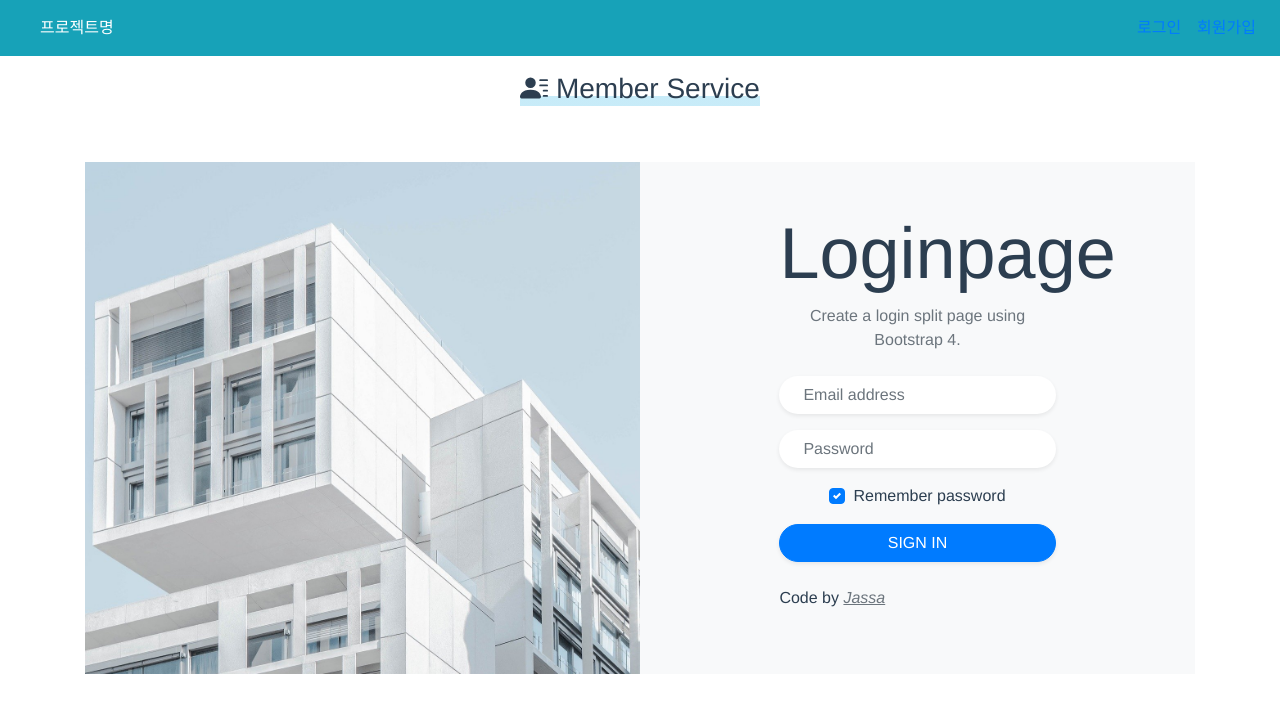
Repository: cheery72/Project_Real_estate
Page: /user/singin (app in frontend/)
These files come from the project's save history. The page is drawn as it stood at one moment and after the next save; the edit follows.
The browser window is 1280 px wide. The pictures show the whole page.
The project was rebuilt for these pictures with package versions that can differ from the ones it lists, and the page was loaded fresh each time. Also part of the build but not shown: frontend/vue.config.js, frontend/src/components/user/child/MemberJoinForm.vue, frontend/src/components/user/MemberJoin.vue, frontend/src/components/user/child/MemberInfoForm.vue, frontend/src/components/user/MemberMyPage.vue, frontend/src/components/user/BookMarkListRow.vue, frontend/src/components/user/MemberMyBookmark.vue. Imported but missing from the stored project, and not drawn on this page: frontend/src/views/Home.vue.

Above is the page before, as saved 2021-11-25 11:09:51.

### frontend/src/main.js
import Vue from "vue";
import App from "./App.vue";
import router from "./router";
import store from "./store";
import { BootstrapVue, IconsPlugin } from "bootstrap-vue";
import memberStore from "@/store/modules/memberStore";
import "bootstrap/dist/css/bootstrap.css";
import "bootstrap-vue/dist/bootstrap-vue.css";

// Make BootstrapVue available throughout your project
Vue.use(BootstrapVue);
// Optionally install the BootstrapVue icon components plugin
Vue.use(IconsPlugin);

Vue.config.productionTip = false;

new Vue({
  router,
  store,
  async beforeCreate() {
    let token = sessionStorage.getItem("access-token");
    if (memberStore.state.userInfo == null && token) {
      await memberStore.dispatch("getUserInfo", token);
    }
  },

  render: (h) => h(App),
}).$mount("#app");

### frontend/src/App.vue
<template>
  <div id="app">
    <nav-bar />
    <router-view />
  </div>
</template>

<script>
import NavBar from "@/components/layout/NavBar.vue"

export default {
  components:{
    NavBar,
  }
}

</script>

<style>
#app {
  font-family: Avenir, Helvetica, Arial, sans-serif;
  -webkit-font-smoothing: antialiased;
  -moz-osx-font-smoothing: grayscale;
  text-align: center;
  color: #2c3e50;
}

#nav {
  padding: 30px;
}

#nav a {
  font-weight: bold;
  color: #2c3e50;
}

#nav a.router-link-exact-active {
  color: #42b983;
}
</style>

### frontend/src/router/index.js
import Vue from "vue";
import VueRouter from "vue-router";
import Home from "../views/Home.vue";

import Member from "@/views/Member.vue";
import MemberJoin from "@/components/user/MemberJoin.vue";
import MemberLogin from "@/components/user/MemberLogin.vue";

import MemberMyPage from "@/components/user/MemberMyPage.vue";
import MemberMyBookmark from "@/components/user/MemberMyBookmark.vue";
import store from "@/store/index.js";

// https://router.vuejs.org/kr/guide/advanced/navigation-guards.html
const onlyAuthUser = async (to, from, next) => {
  //어디로 갈건지, 이전, 다음페이지
  // console.log(store);
  const checkUserInfo = store.getters["memberStore/checkUserInfo"]; //checkUserInfo의 리턴값을 가져와라
  const getUserInfo = store._actions["memberStore/getUserInfo"]; //getUserInfo의 리턴값을 가져와라
  let token = sessionStorage.getItem("access-token");
  if (checkUserInfo == null && token) {
    await getUserInfo(token); //서버에 가서 정상적인 토큰인지 검사해라 .. 여기서 정상적인사람이면 서버가 UserInfo를 준다.
  }
  if (checkUserInfo === null) {
    //서버에 갔다왔는데도 null이면...
    alert("로그인이 필요한 페이지입니다..");
    // next({ name: "SignIn" });
    router.push({ name: "SignIn" });
  } else {
    //정상적인 사람이니까 다음페이지로 갈수 있도록 적용(밑에 beforeEnter붙은 것들)
    console.log("로그인 했다.");
    next();
  }
};


Vue.use(VueRouter);

const routes = [
  {
    path: "/",
    name: "Home",
    component: Home,
  },
  {
    path: "/user",
    name: "Member",
    component: Member,
    children: [
      {
        path: "singin",
        name: "SignIn",
        component: MemberLogin,
      },
      {
        path: "singup",
        name: "SignUp",
        component: MemberJoin,
      },
      {
        path: "mybookmark",
        name: "MyBookmark",
        component: MemberMyBookmark,
      },
      {
        path: "mypage",
        name: "MyPage",
        beforeEnter: onlyAuthUser,
        component: MemberMyPage,
      },
    ],
  },
];

const router = new VueRouter({
  mode: "history",
  base: process.env.BASE_URL,
  routes,
});

export default router;

### frontend/src/store/index.js
import Vue from "vue";
import Vuex from "vuex";
import http from "@/js/http-common.js";
import createPersistedState from "vuex-persistedstate";
import memberStore from "@/store/modules/memberStore.js";

Vue.use(Vuex);

export default new Vuex.Store({
  state: {
    sidos: [{ value: null, text: "선택하세요" }],
    guguns: [{ value: null, text: "선택하세요" }],
    dongs: [{ value: null, text: "선택하세요" }],
    apts: [],
    apt: null,
    positions: [],
    cctvs: [],
    dongName: null,
    subways: [],
    schools: [],
    // bookmark: null,
    // bookmarks: [],
  },
  mutations: {
    // 시도 리스트
    SET_SIDO_LIST(state, sidos) {
      sidos.forEach((sido) => {
        state.sidos.push({ value: sido.sidoCode, text: sido.sidoName });
      });
    },
    CLEAR_SIDO_LIST(state) {
      state.guguns = [{ value: null, text: "선택하세요" }];
    },
    // 구군 리스트
    SET_GUGUN_LIST(state, guguns) {
      guguns.forEach((gugun) => {
        state.guguns.push({ value: gugun.gugunCode, text: gugun.gugunName });
      });
    },
    CLEAR_GUGUN_LIST(state) {
      state.guguns = [{ value: null, text: "선택하세요" }];
    },
    // 동 리스트
    SET_DONG_LIST(state, dongs) {
      dongs.forEach((dong) => {
        state.dongs.push({
          value: [dong.dongCode, dong.dongName],
          text: dong.dongName,
        });
      });
    },
    CLEAR_DONG_LIST(state) {
      state.dongs = [{ value: null, text: "선택하세요" }];
    },
    // 해당 구,동 아파트 리스트
    SET_APT_LIST(state, apts) {
      state.apts = apts;
      state.dongName = apts[0].dongName;
    },
    CLEAR_APT_LIST(state) {
      state.positions = [];
    },
    // 아파트 선택시 세부사항
    SET_DETAIL_APT(state, apt) {
      state.apt = apt;
    },
    // cctv 정보
    SET_CCTV_LIST(state, cctv) {
      state.cctvs = cctv;
    },
    // 지하철 정보
    SET_SUBWAY_LIST(state, subway) {
      state.subways = subway;
    },
    // 학교 정보
    SET_SCHOOL_LIST(state, school) {
      state.schools = school;
    },
    // SET_DETAIL_BOOKMARK(state, apt) {
    //   state.bookmark = apt;

    // }
  },
  actions: {
    // 셀렉트바 시도 가져오기
    getSido({ commit }) {
      http
        .get(`/apt/sido`)
        .then((response) => {
          commit("SET_SIDO_LIST", response.data);
        })
        .catch((error) => {
          console.log(error);
        });
    },
    getGugun({ commit }, sidoCode) {
      const params = { sido: sidoCode };
      http
        .get(`/apt/gugun`, { params })
        .then((response) => {
          commit("SET_GUGUN_LIST", response.data);
        })
        .catch((error) => {
          console.log(error);
        });
    },
    getDong({ commit }, gugunCode) {
      const params = { gugun: gugunCode };
      http
        .get(`/apt/dongname`, { params })
        .then((response) => {
          commit("SET_DONG_LIST", response.data);
        })
        .catch((error) => {
          console.log(error);
        });
    },
    getAptList({ commit }, dongCode) {
      const params = { dong: dongCode };
      http
        .get(`/apt/aptinfo`, { params })
        .then((response) => {
          commit("SET_APT_LIST", response.data);
        })
        .catch((error) => {
          console.log(error);
        });
    },
    getCctvList({ commit }, dongName) {
      const params = { dong: dongName };
      http
        .get(`/cctv/cctvinfo`, { params })
        .then((response) => {
          commit("SET_CCTV_LIST", response.data);
        })
        .catch((error) => {
          console.log(error);
        });
    },
    getSubwayList({ commit }) {
      http
        .get(`/subway/subwayinfo`)
        .then((response) => {
          commit("SET_SUBWAY_LIST", response.data);
        })
        .catch((error) => {
          console.log(error);
        });
    },
    getSchoolList({ commit }, dongName) {
      const params = { dong: dongName };
      http
        .get(`/school/schoolinfo`, { params })
        .then((response) => {
          commit("SET_SCHOOL_LIST", response.data);
        })
        .catch((error) => {
          console.log(error);
        });
    },
    // detailBookmark({ commit }, apt) {
    //   commit("SET_DETAIL_BOOKMARK", apt)

    // }
  },
  modules: { memberStore },
  plugins: [
    createPersistedState({
      // 브라우저 종료시 제거하기 위해 localStorage가 아닌 sessionStorage로 변경. (default: localStorage)
      storage: sessionStorage,
    }),
  ],
});

### frontend/src/store/modules/memberStore.js
import jwt_decode from "jwt-decode";
import { login } from "@/api/member.js";
import { findById } from "@/api/member";
import http from "@/js/http-common.js";


const memberStore = {
  namespaced: true,
  state: {
    isLogin: false,
    isLoginError: false,
    userInfo: null,
    bookmark: [],
    bookmarks: [],
  },
  getters: {
    checkUserInfo: function (state) {
      return state.userInfo;
    },
  },
  mutations: {
    SET_IS_LOGIN: (state, isLogin) => {
      state.isLogin = isLogin;
    },
    SET_IS_LOGIN_ERROR: (state, isLoginError) => {
      state.isLoginError = isLoginError;
    },
    SET_USER_INFO: (state, userInfo) => {
      state.isLogin = true;
      state.userInfo = userInfo;
    },
    SET_BOOKMARK_LIST(state, apt){
      // 배열에 추가
      state.bookmark.push(apt);
    },
    SET_BOOKMARK_INFO(state, mark){
      // state.bookmarks = mark;
      state.bookmarks.push(mark);
    },
    SET_BOOKMARK_LIST_INFO(state, bookmarklist) {
      state.bookmarks = bookmarklist;
    }
  },
  actions: {
    async userConfirm({ commit }, user) {
      await login(
        user,
        (response) => {
          if (response.data.message === "success") {
            let token = response.data["access-token"];
            commit("SET_IS_LOGIN", true);
            commit("SET_IS_LOGIN_ERROR", false);
            sessionStorage.setItem("access-token", token);

          } else {
            commit("SET_IS_LOGIN", false);
            commit("SET_IS_LOGIN_ERROR", true);
          }
        },
        () => {}
      );
    },
    getUserInfo({ commit }, token) {
      let decode_token = jwt_decode(token);
      findById(
        decode_token.userid,
        (response) => {
          if (response.data.message === "success") {
            commit("SET_USER_INFO", response.data.userInfo);
          } else {
            console.log("유저 정보 없음!!");
          }
        },
        (error) => {
          console.log(error);
        }
      );
    },
    getBookmark({ commit }, mark) {//등록

      let decode_token = jwt_decode(sessionStorage.getItem("access-token"));

      const params = { bookmark: mark.aptCode, accesstoken: decode_token.userid };
      console.log("파라미터출력",params);

      http
      .post(`/bookmark/register`, params)
      .then((response) => {
        console.log("response출력");
        console.log(response.data);
        commit("SET_BOOKMARK_INFO", response.data);
      }).catch((error) => {
        console.log("에러출력");
        console.log(error);
      })
    },

    getBookmarkList({ commit }) {

      let decode_token = jwt_decode(sessionStorage.getItem("access-token"));
      const userid= decode_token.userid;

      http.get(`/bookmark/list/${userid}`).then(({ data }) => {

        console.log("북마크조회 결과", data);
        commit("SET_BOOKMARK_LIST_INFO", data.result);
         });

    }
  },
};

export default memberStore;

### frontend/src/components/layout/NavBar.vue
<template>
  <div>
  <b-navbar toggleable="lg" type="dark" variant="info">
    <b-navbar-brand href="#"></b-navbar-brand>

    <b-navbar-toggle target="nav-collapse"></b-navbar-toggle>

    <b-collapse id="nav-collapse" is-nav>
      <b-navbar-nav>
        <b-nav-item href="#"
            ><router-link :to="{ name: 'Home' }" class="link" style="color: white"
            >프로젝트명</router-link
            ></b-nav-item
          >
      </b-navbar-nav>

      <!-- Right aligned nav items -->
      <b-navbar-nav class="ml-auto" v-if="userInfo">
          <b-nav-item class="align-self-center"
            ><b-avatar
              variant="primary"
              v-text="userInfo ? userInfo.userid.charAt(0).toUpperCase() : ''"
            ></b-avatar
            >{{ userInfo.username }}({{ userInfo.userid }})님
            환영합니다.</b-nav-item
          >
          <b-nav-item class="align-self-center"
            ><router-link
              :to="{ name: 'MyPage' }"
              class="link align-self-center" style="color: white"
              >내정보보기</router-link
            ></b-nav-item
          >
           <b-nav-item href="#" class="link align-self-center"
            ><router-link :to="{ name: 'MyBookmark' }" class="link" style="color: white"
              >내관심지역</router-link
            ></b-nav-item
          >
          <b-nav-item
            class="link align-self-center"
            @click.prevent="onClickLogout"
            >로그아웃</b-nav-item
          >
        </b-navbar-nav>

        <!-- Right aligned nav items -->
        <b-navbar-nav class="ml-auto" v-else>
          <b-nav-item href="#"
            ><router-link :to="{ name: 'SignIn' }" class="link"
              >로그인</router-link
            ></b-nav-item
          >

          <b-nav-item href="#"
            ><router-link :to="{ name: 'SignUp' }" class="link"
              >회원가입</router-link
            ></b-nav-item
          >
        </b-navbar-nav>
    </b-collapse>
  </b-navbar>
</div>
</template>

<script>
import { mapState, mapMutations } from "vuex";

const memberStore = "memberStore";

export default {
  name: "NavBar",
  computed: {
    ...mapState(memberStore, ["isLogin", "userInfo"]),
  },
  methods: {
    ...mapMutations(memberStore, ["SET_IS_LOGIN", "SET_USER_INFO"]),
    onClickLogout() {
      this.SET_IS_LOGIN(false);
      this.SET_USER_INFO(null);
      sessionStorage.removeItem("access-token");
      if (this.$route.path != "/") this.$router.push({ name: "Home" });
    },
  },
};
</script>

<style>
a {
  color:azure;
}
</style>

### frontend/src/views/Member.vue
<template>
  <b-container class="bv-example-row mt-3 text-center">
    <h3 class="underline-steelblue">
      <b-icon icon="person-lines-fill"></b-icon> Member Service
    </h3>
    <router-view></router-view>
  </b-container>
</template>

<script>
export default {
  name: "Member",
};
</script>

<style scoped>
.underline-steelblue {
  display: inline-block;
  background: linear-gradient(
    180deg,
    rgba(255, 255, 255, 0) 70%,
    rgba(72, 190, 233, 0.3) 30%
  );
}
</style>

### frontend/src/components/user/MemberLogin.vue
<template>

 <div class="container-fluid">
   <br>
   <br>
    <div class="row no-gutter">
        <!-- The image half -->
        <div class="col-md-6 d-none d-md-flex bg-image"></div>


        <!-- The content half -->
        <div class="col-md-6 bg-light">
            <div class="login d-flex align-items-center py-5">

                <!-- Demo content-->
                <div class="container">
                    <div class="row">
                        <div class="col-lg-10 col-xl-7 mx-auto">
                            <h2 class="display-3">Loginpage</h2>
                            <p class="text-muted mb-4">Create a login split page using Bootstrap 4.</p>
                            <form>
                                <div class="form-group mb-3">
                                    <input id="inputEmail" type="email" placeholder="Email address" required="" autofocus="" class="form-control rounded-pill border-0 shadow-sm px-4">
                                </div>
                                <div class="form-group mb-3">
                                    <input id="inputPassword" type="password" placeholder="Password" required="" class="form-control rounded-pill border-0 shadow-sm px-4 text-primary">
                                </div>
                                <div class="custom-control custom-checkbox mb-3">
                                    <input id="customCheck1" type="checkbox" checked class="custom-control-input">
                                    <label for="customCheck1" class="custom-control-label">Remember password</label>
                                </div>
                                <button type="submit" class="btn btn-primary btn-block text-uppercase mb-2 rounded-pill shadow-sm">Sign in</button>
                                <div class="text-center d-flex justify-content-between mt-4"><p>Code by <a href="#" class="font-italic text-muted">
                                        <u>Jassa</u></a></p></div>
                            </form>
                        </div>
                    </div>
                </div><!-- End -->

            </div>
        </div><!-- End -->

    </div>
</div>
</template>
<style>
.login,
.image {
  min-height: 50vh;
}

.bg-image {
  /* //background-image: url('https://therichpost.com/wp-content/uploads/2021/02/login-split.jpg'); */
  background-image: url("../../assets/apartment.jpg");
  background-size: cover;
  background-position: center center;
}
</style>



<script>
import { mapState, mapActions } from "vuex";

const memberStore = "memberStore";

export default {
  name: "MemberLogin",
  data() {
    return {
      user: {
        userid: null,
        userpwd: null,
      },
    };
  },
  computed: {
    ...mapState(memberStore, ["isLogin", "isLoginError"]),
  },
  methods: {
    ...mapActions(memberStore, ["userConfirm", "getUserInfo"]),
    async confirm() {
      await this.userConfirm(this.user);
      let token = sessionStorage.getItem("access-token");
      if (this.isLogin) {
        await this.getUserInfo(token);
        this.$router.push({ name: "Home" });
      }
    },
    movePage() {
      this.$router.push({ name: "SignUp" });
    },
  },
};
</script>

<style></style>

### frontend/src/api/member.js
import { apiInstance } from "./index.js";

const api = apiInstance();

async function login(user, success, fail) {
    await api
        .post(`/user/login`, JSON.stringify(user))
        .then(success)
        .catch(fail);
}

async function findById(userid, success, fail) {
    api.defaults.headers["access-token"] =
        sessionStorage.getItem("access-token");
    await api.get(`/user/info/${userid}`).then(success).catch(fail);
}
//회원가입
async function joinMember(user, success, fail) {
    await api
        .post(`/user/join`, JSON.stringify(user))
        .then(success)
        .catch(fail);
}

//아이디체크
async function checkId(userid, success, fail) {
    await api.get(`/user/idCheck/${userid}`).then(success).catch(fail);
}

//수정
async function modifyInfo(user, success, fail) {
    api.defaults.headers["access-token"] =
        sessionStorage.getItem("access-token");
    await api
        .put(`/user/${user.userId}`, JSON.stringify(user))
        .then(success)
        .catch(fail);
}

//삭제
async function deleteInfo(user, success, fail) {
    api.defaults.headers["access-token"] =
        sessionStorage.getItem("access-token");
    await api.delete(`/user/${user.userId}`).then(success).catch(fail);
}

export { login, findById, modifyInfo, deleteInfo, joinMember, checkId };

### frontend/src/api/index.js
import axios from "axios";
import { API_BASE_URL } from "@/config";

// axios 객체 생성
function apiInstance() {
    const instance = axios.create({
        baseURL: API_BASE_URL,
        headers: {
            "Content-type": "application/json",
        },
    });
    return instance;
}

export { apiInstance };

### frontend/src/config/index.js
const API_BASE_URL = "http://localhost:8080";
export { API_BASE_URL };

Loaded but not shown: frontend/public/index.html (common file); frontend/src/js/http-common.js (common file)

After the next save:
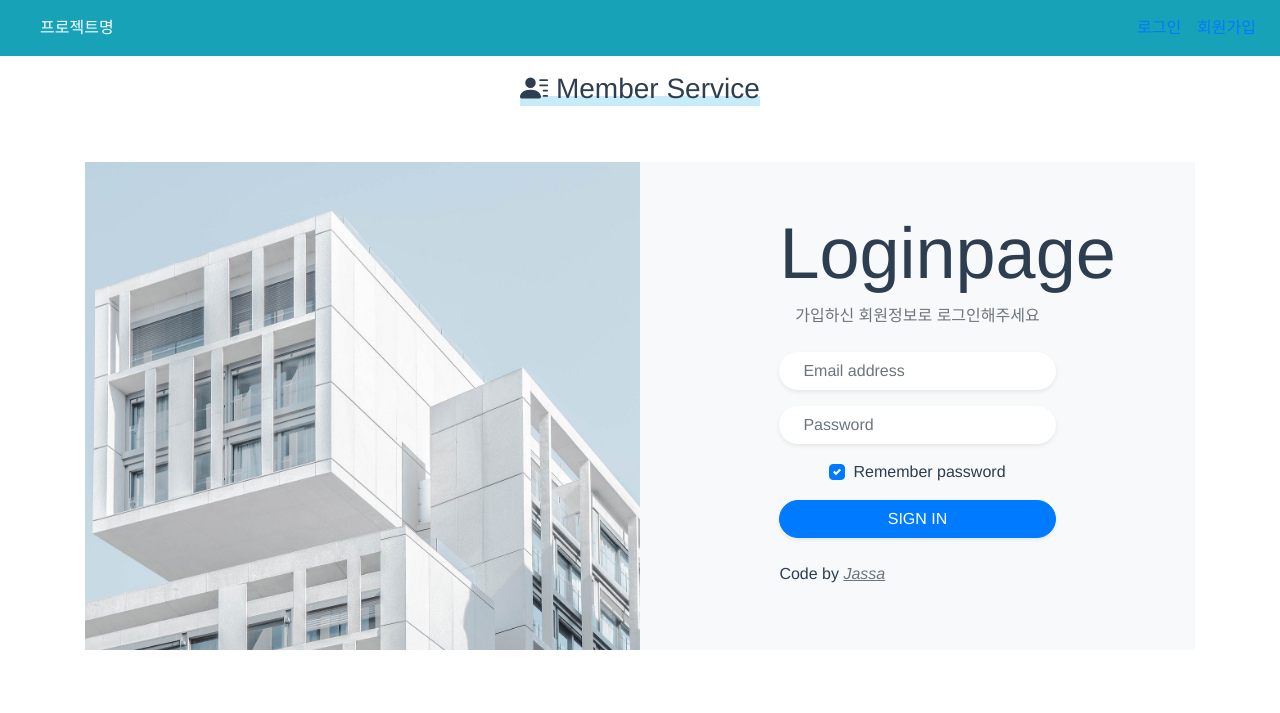
Saved 2 min 25 s later.
--- a/frontend/src/components/user/MemberLogin.vue
+++ b/frontend/src/components/user/MemberLogin.vue
@@ -17,7 +17,7 @@
                     <div class="row">
                         <div class="col-lg-10 col-xl-7 mx-auto">
                             <h2 class="display-3">Loginpage</h2>
-                            <p class="text-muted mb-4">Create a login split page using Bootstrap 4.</p>
+                            <p class="text-muted mb-4">가입하신 회원정보로 로그인해주세요</p>
                             <form>
                                 <div class="form-group mb-3">
                                     <input id="inputEmail" type="email" placeholder="Email address" required="" autofocus="" class="form-control rounded-pill border-0 shadow-sm px-4">
